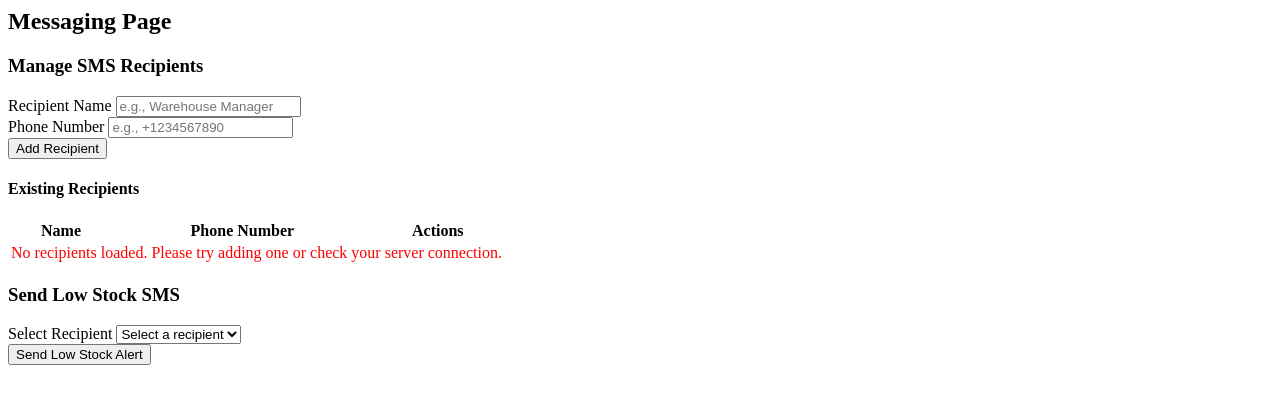
Repository: AdrianLeAsian/InventorySystem
Page: http://localhost/pages/messaging.php
These files come from the project's save history. The page is drawn as it stood at one moment and after the next save; the edit follows.
The browser window is 1280 px wide. The pictures show the whole page.
The page is run by PHP 8.4 with error messages shown; the project is at /var/www/html/.

Above is the page before, as saved 2025-07-16 12:02:48.

### pages/messaging.php
<div class="page">
    <div class="card">
        <div class="card__header">
            <h2 class="card__title">Messaging Page</h2>
        </div>
        <div class="card__body">
            <div class="card mb-4">
                <div class="card__header">
                    <h3 class="card__title">Manage SMS Recipients</h3>
                </div>
                <div class="card__body">
                    <form class="form" id="addRecipientForm">
                        <div class="form__row">
                            <div class="form__group col-6">
                                <label class="form__label" for="newRecipientName">Recipient Name</label>
                                <input type="text" id="newRecipientName" class="form__input" placeholder="e.g., Warehouse Manager" required>
                            </div>
                            <div class="form__group col-6">
                                <label class="form__label" for="newRecipientPhoneNumber">Phone Number</label>
                                <input type="tel" id="newRecipientPhoneNumber" class="form__input" placeholder="e.g., +1234567890" pattern="^\+?[0-9]{10,15}$" required>
                            </div>
                        </div>
                        <div class="d-flex justify-content-end mt-3">
                            <button type="submit" class="btn btn--primary">Add Recipient</button>
                        </div>
                    </form>
                    <div id="addRecipientStatusMessage" class="mt-3" style="display: none;"></div>

                    <h4 class="mt-4">Existing Recipients</h4>
                    <div class="table-responsive">
                        <table class="table table--striped">
                            <thead>
                                <tr>
                                    <th>Name</th>
                                    <th>Phone Number</th>
                                    <th>Actions</th>
                                </tr>
                            </thead>
                            <tbody id="recipientsTableBody">
                                <!-- Recipients will be loaded here by JavaScript -->
                            </tbody>
                        </table>
                    </div>
                </div>
            </div>

            <div class="card">
                <div class="card__header">
                    <h3 class="card__title">Send Low Stock SMS</h3>
                </div>
                <div class="card__body">
                    <div class="form__group">
                        <label class="form__label" for="smsRecipientSelect">Select Recipient</label>
                        <select id="smsRecipientSelect" class="form__input" required>
                            <option value="">Select a recipient</option>
                            <!-- Options will be loaded here by JavaScript -->
                        </select>
                    </div>
                    <div class="d-flex justify-content-end mt-4">
                        <button type="button" id="sendLowStockSmsBtn" class="btn btn--primary">Send Low Stock Alert</button>
                    </div>
                    <div id="smsStatusMessage" class="mt-3" style="display: none;"></div>
                </div>
            </div>
        </div>
    </div>
</div>
<script src="js/messaging.js"></script>

### js/messaging.js
document.addEventListener('DOMContentLoaded', function() {
    // Elements for SMS Sending
    const sendLowStockSmsBtn = document.getElementById('sendLowStockSmsBtn');
    const smsRecipientSelect = document.getElementById('smsRecipientSelect');
    const smsStatusMessageDiv = document.getElementById('smsStatusMessage');

    // Elements for Recipient Management
    const addRecipientForm = document.getElementById('addRecipientForm');
    const newRecipientNameInput = document.getElementById('newRecipientName');
    const newRecipientPhoneNumberInput = document.getElementById('newRecipientPhoneNumber');
    const addRecipientStatusMessageDiv = document.getElementById('addRecipientStatusMessage');
    const recipientsTableBody = document.getElementById('recipientsTableBody');

    // --- SMS Sending Logic ---
    if (sendLowStockSmsBtn) {
        sendLowStockSmsBtn.addEventListener('click', function() {
            const recipientId = smsRecipientSelect.value;

            if (!recipientId) {
                displayStatusMessage(smsStatusMessageDiv, 'Please select a recipient.', 'error');
                return;
            }

            displayStatusMessage(smsStatusMessageDiv, 'Sending SMS...', 'info');
            sendLowStockSmsBtn.disabled = true;

            fetch('ajax/send_low_stock_sms.php', {
                method: 'POST',
                headers: {
                    'Content-Type': 'application/x-www-form-urlencoded',
                },
                body: 'recipient_id=' + encodeURIComponent(recipientId)
            })
            .then(response => response.json())
            .then(data => {
                if (data.success) {
                    displayStatusMessage(smsStatusMessageDiv, data.message, 'success');
                } else {
                    displayStatusMessage(smsStatusMessageDiv, data.message, 'error');
                }
            })
            .catch(error => {
                console.error('Error:', error);
                displayStatusMessage(smsStatusMessageDiv, 'An error occurred while sending the SMS.', 'error');
            })
            .finally(() => {
                sendLowStockSmsBtn.disabled = false;
            });
        });
    }

    // --- Recipient Management Logic ---
    if (addRecipientForm) {
        addRecipientForm.addEventListener('submit', function(event) {
            event.preventDefault(); // Prevent default form submission

            const name = newRecipientNameInput.value.trim();
            const phoneNumber = newRecipientPhoneNumberInput.value.trim();

            if (!name || !phoneNumber) {
                displayStatusMessage(addRecipientStatusMessageDiv, 'Both name and phone number are required.', 'error');
                return;
            }
            if (!/^\+?[0-9]{10,15}$/.test(phoneNumber)) {
                displayStatusMessage(addRecipientStatusMessageDiv, 'Invalid phone number format. Please include country code (e.g., +1234567890).', 'error');
                return;
            }

            displayStatusMessage(addRecipientStatusMessageDiv, 'Adding recipient...', 'info');

            fetch('ajax/add_sms_recipient.php', {
                method: 'POST',
                headers: {
                    'Content-Type': 'application/x-www-form-urlencoded',
                },
                body: 'name=' + encodeURIComponent(name) + '&phone_number=' + encodeURIComponent(phoneNumber)
            })
            .then(response => response.json())
            .then(data => {
                if (data.success) {
                    displayStatusMessage(addRecipientStatusMessageDiv, data.message, 'success');
                    newRecipientNameInput.value = ''; // Clear form
                    newRecipientPhoneNumberInput.value = '';
                    loadRecipients(); // Reload recipients list
                } else {
                    displayStatusMessage(addRecipientStatusMessageDiv, data.message, 'error');
                }
            })
            .catch(error => {
                console.error('Error:', error);
                displayStatusMessage(addRecipientStatusMessageDiv, 'An error occurred while adding the recipient.', 'error');
            });
        });
    }

    // Delegate event listener for delete buttons
    if (recipientsTableBody) {
        recipientsTableBody.addEventListener('click', function(event) {
            if (event.target.classList.contains('delete-recipient-btn')) {
                const recipientId = event.target.dataset.id;
                if (confirm('Are you sure you want to delete this recipient?')) {
                    deleteRecipient(recipientId);
                }
            }
        });
    }

    function loadRecipients() {
        fetch('ajax/get_sms_recipients.php')
            .then(response => response.json())
            .then(data => {
                recipientsTableBody.innerHTML = ''; // Clear current table
                smsRecipientSelect.innerHTML = '<option value="">Select a recipient</option>'; // Clear current dropdown

                if (data.success && data.recipients.length > 0) {
                    data.recipients.forEach(recipient => {
                        // Populate table
                        const row = recipientsTableBody.insertRow();
                        row.innerHTML = `
                            <td>${recipient.name}</td>
                            <td>${recipient.phone_number}</td>
                            <td><button class="btn btn--danger btn--sm delete-recipient-btn" data-id="${recipient.id}">Delete</button></td>
                        `;

                        // Populate dropdown
                        const option = document.createElement('option');
                        option.value = recipient.id;
                        option.textContent = `${recipient.name} (${recipient.phone_number})`;
                        smsRecipientSelect.appendChild(option);
                    });
                } else {
                    recipientsTableBody.innerHTML = '<tr><td colspan="3">No recipients found.</td></tr>';
                }
            })
            .catch(error => {
                console.error('Error loading recipients:', error);
                recipientsTableBody.innerHTML = '<tr><td colspan="3" style="color: red;">No recipients loaded. Please try adding one or check your server connection.</td></tr>';
            });
    }

    function deleteRecipient(id) {
        fetch('ajax/delete_sms_recipient.php', {
            method: 'POST',
            headers: {
                'Content-Type': 'application/x-www-form-urlencoded',
            },
            body: 'id=' + encodeURIComponent(id)
        })
        .then(response => response.json())
        .then(data => {
            if (data.success) {
                displayStatusMessage(addRecipientStatusMessageDiv, data.message, 'success');
                loadRecipients(); // Reload recipients list
            } else {
                displayStatusMessage(addRecipientStatusMessageDiv, data.message, 'error');
            }
        })
        .catch(error => {
            console.error('Error deleting recipient:', error);
            displayStatusMessage(addRecipientStatusMessageDiv, 'An error occurred while deleting the recipient.', 'error');
        });
    }

    // --- Utility Function for Status Messages ---
    function displayStatusMessage(element, message, type) {
        element.textContent = message;
        element.style.display = 'block';
        element.style.color = ''; // Reset color
        element.style.backgroundColor = ''; // Reset background
        element.style.padding = '10px';
        element.style.border = '1px solid';
        element.style.borderRadius = '5px';

        if (type === 'success') {
            element.style.color = 'green';
            element.style.backgroundColor = '#e6ffe6';
            element.style.borderColor = 'green';
        } else if (type === 'error') {
            element.style.color = 'red';
            element.style.backgroundColor = '#ffe6e6';
            element.style.borderColor = 'red';
        } else if (type === 'info') {
            element.style.color = 'blue';
            element.style.backgroundColor = '#e6f2ff';
            element.style.borderColor = 'blue';
        }
    }

    // Initial load of recipients when the page loads
    loadRecipients();
});

### ajax/get_sms_recipients.php
<?php
/**
 * get_sms_recipients.php
 *
 * This script handles the AJAX request for fetching all SMS recipients
 * from the `sms_recipients` table. It returns a JSON array of recipients.
 */

// Disable display errors and set error reporting for production environment
ini_set('display_errors', 0);
error_reporting(E_ALL & ~E_NOTICE & ~E_WARNING);

// Include the database configuration file
require_once '../config/db.php';

// Set the content type to JSON for the response
header('Content-Type: application/json');

// Initialize the response array
$response = ['success' => false, 'message' => '', 'recipients' => []];

// Check if the request method is GET
if ($_SERVER['REQUEST_METHOD'] === 'GET') {
    // Prepare a select statement
    $sql = "SELECT id, name, phone_number FROM sms_recipients ORDER BY name ASC";
    if ($result = mysqli_query($conn, $sql)) {
        if (mysqli_num_rows($result) > 0) {
            while ($row = mysqli_fetch_assoc($result)) {
                $response['recipients'][] = [
                    'id' => $row['id'],
                    'name' => htmlspecialchars($row['name']),
                    'phone_number' => htmlspecialchars($row['phone_number'])
                ];
            }
            $response['success'] = true;
        } else {
            $response['message'] = 'No recipients found.';
            $response['success'] = true; // Still a success, just no data
        }
        mysqli_free_result($result);
    } else {
        $response['message'] = 'Database query failed: ' . mysqli_error($conn);
    }
} else {
    $response['message'] = 'Invalid request method.';
}

echo json_encode($response);
?>

After the next save:
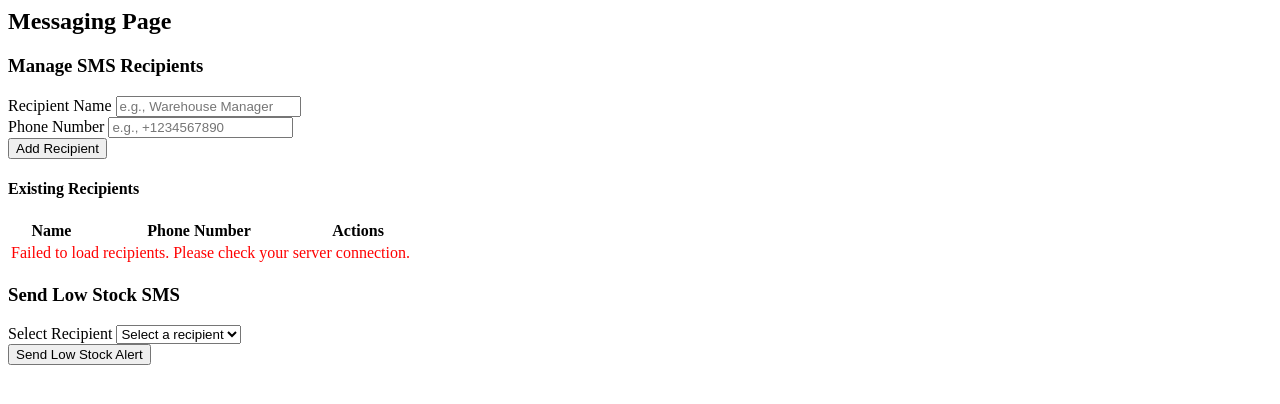
Saved 15 s later.
--- a/js/messaging.js
+++ b/js/messaging.js
@@ -129,12 +129,12 @@ document.addEventListener('DOMContentLoaded', function() {
                         smsRecipientSelect.appendChild(option);
                     });
                 } else {
-                    recipientsTableBody.innerHTML = '<tr><td colspan="3">No recipients found.</td></tr>';
+                    recipientsTableBody.innerHTML = '<tr><td colspan="3">No recipients added yet.</td></tr>';
                 }
             })
             .catch(error => {
                 console.error('Error loading recipients:', error);
-                recipientsTableBody.innerHTML = '<tr><td colspan="3" style="color: red;">No recipients loaded. Please try adding one or check your server connection.</td></tr>';
+                recipientsTableBody.innerHTML = '<tr><td colspan="3" style="color: red;">Failed to load recipients. Please check your server connection.</td></tr>';
             });
     }
 
